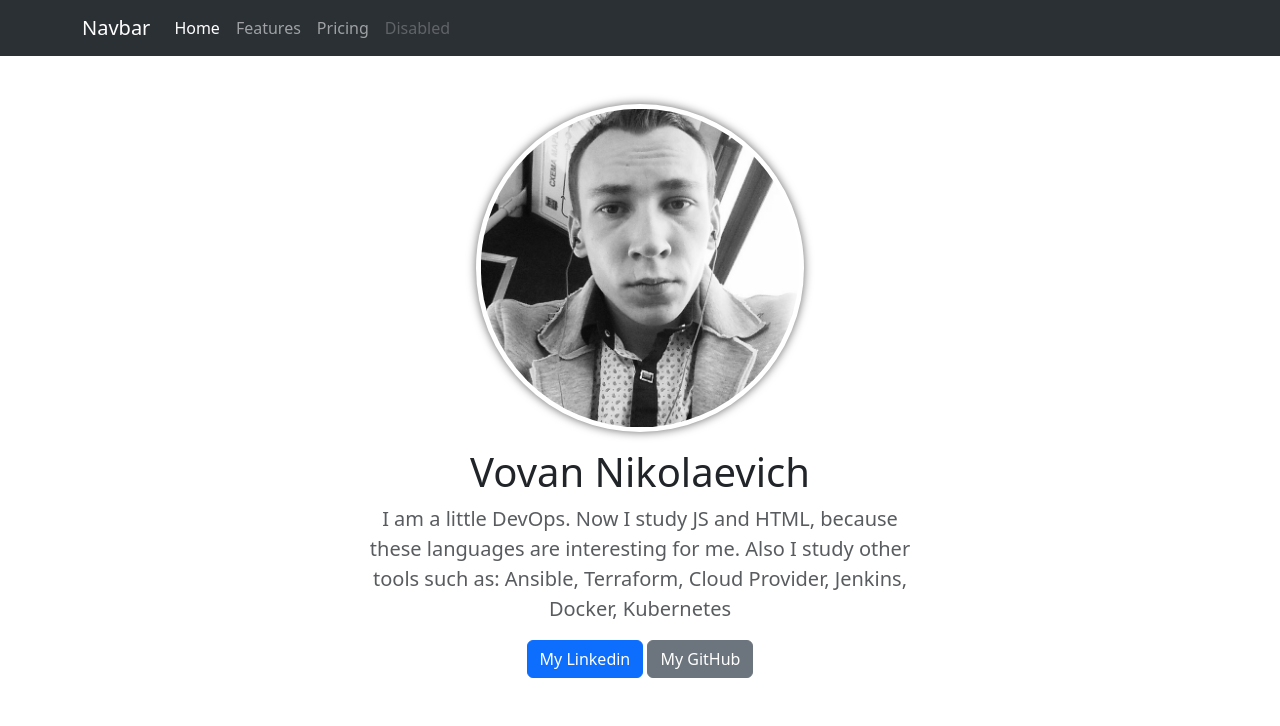
Repository: vovanbl411/mini-web-site
Page: index.html
An editor plug-in stored every save of this project. The page is shown before and after the next save, followed by the edit.
The browser window is 1280 px wide. The pictures show the whole page.

Above is the page before, as saved 2023-01-22 00:33:43.

### index.html
<!DOCTYPE html>
<html lang="en">
  <head>
    <meta charset="UTF-8" />
    <meta name="viewport" content="width=device-width, initial-scale=1.0" />
    <title>My page</title>
    <link
      href="https://cdn.jsdelivr.net/npm/bootstrap@5.3.0-alpha1/dist/css/bootstrap.min.css"
      rel="stylesheet"
      integrity="sha384-GLhlTQ8iRABdZLl6O3oVMWSktQOp6b7In1Zl3/Jr59b6EGGoI1aFkw7cmDA6j6gD"
      crossorigin="anonymous"
    />
    <style>
      .rounded-img {
        width: 60%;
        border-radius: 50%;
        box-shadow: 0 0 10px rgba(0, 0, 7, 0.6);
        padding: 0.3em;
        margin-bottom: 1em;
      }
    </style>
  </head>
  <body>
    <nav class="navbar navbar-expand-lg bg-body-tertiary" data-bs-theme="dark">
      <div class="container">
        <a class="navbar-brand" href="#">Navbar</a>
        <button
          class="navbar-toggler"
          type="button"
          data-bs-toggle="collapse"
          data-bs-target="#navbarNav"
          aria-controls="navbarNav"
          aria-expanded="false"
          aria-label="Toggle navigation"
        >
          <span class="navbar-toggler-icon"></span>
        </button>
        <div class="collapse navbar-collapse" id="navbarNav">
          <ul class="navbar-nav">
            <li class="nav-item">
              <a class="nav-link active" aria-current="page" href="#">Home</a>
            </li>
            <li class="nav-item">
              <a class="nav-link" href="#">Features</a>
            </li>
            <li class="nav-item">
              <a class="nav-link" href="#">Pricing</a>
            </li>
            <li class="nav-item">
              <a class="nav-link disabled">Disabled</a>
            </li>
          </ul>
        </div>
      </div>
    </nav>
    <div class="container text-center my-5">
      <div class="row">
        <div class="col-lg-6 col-md-8 mx-auto">
          <img
            class="rounded-img"
            src="Screenshot.png"
            alt="Vovan Nikolaevich"
          />
          <h1 class="fw-light">Vovan Nikolaevich</h1>
          <p class="lead text-muted">
            I am a little DevOps. Now I study JS and HTML, because these
            languages are interesting for me. Also I study other tools such as:
            Ansible, Terraform, Cloud Provider, Jenkins, Docker, Kubernetes
          </p>
          <a
            href="https://www.linkedin.com/in/vovan-nikolaevich/"
            target="_blank"
            class="btn btn-primary"
          >
            My Linkedin
          </a>
          <a
            href="https://github.com/vovanbl411"
            target="_blank"
            class="btn btn-secondary"
          >
            My GitHub
          </a>
        </div>
      </div>
    </div>
  </body>
</html>

After the next save:
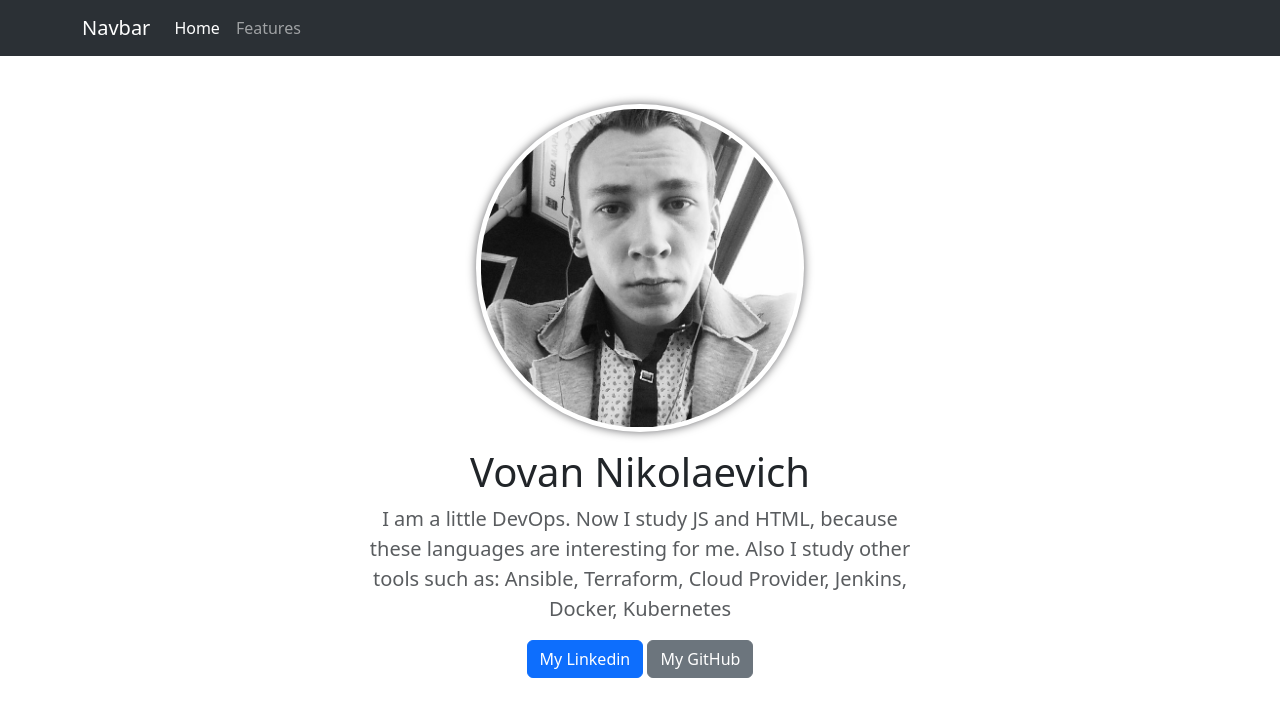
Saved 105 s later.
--- a/index.html
+++ b/index.html
@@ -43,12 +43,6 @@
             <li class="nav-item">
               <a class="nav-link" href="#">Features</a>
             </li>
-            <li class="nav-item">
-              <a class="nav-link" href="#">Pricing</a>
-            </li>
-            <li class="nav-item">
-              <a class="nav-link disabled">Disabled</a>
-            </li>
           </ul>
         </div>
       </div>
